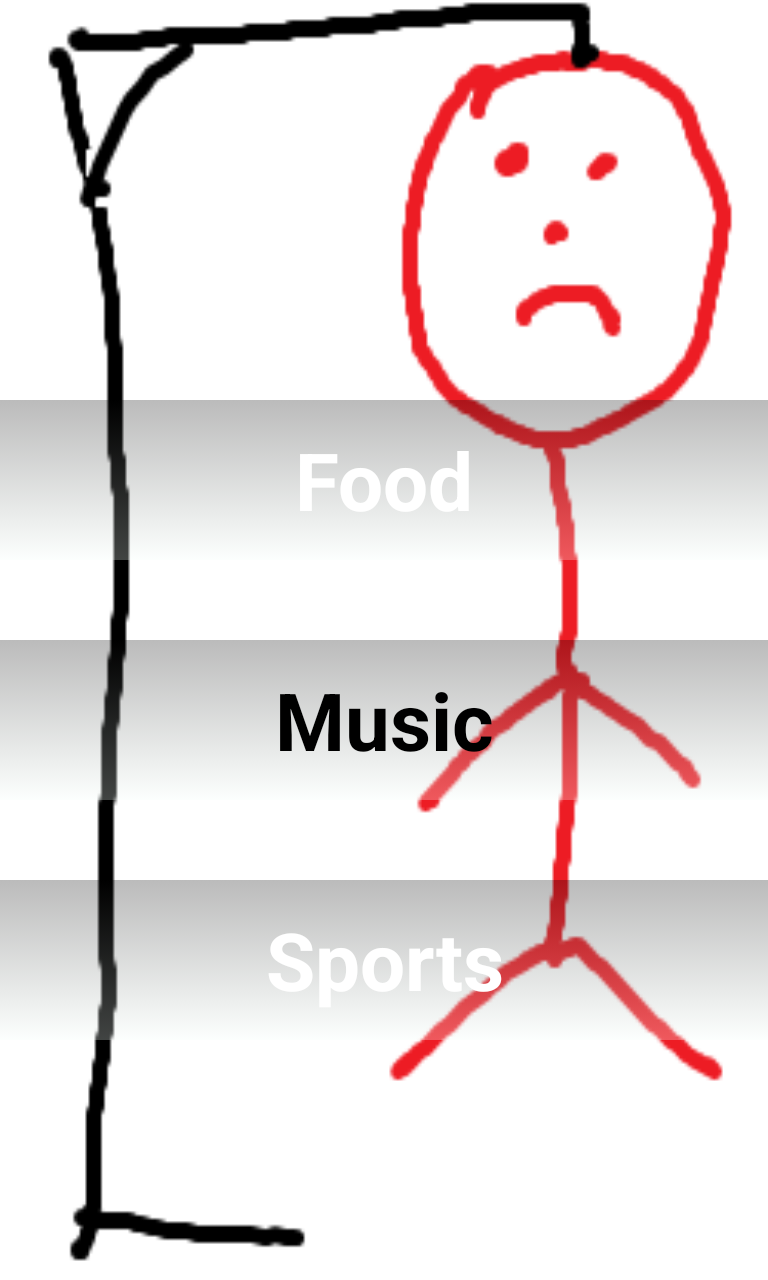
Repository: SarahDowlath/TriniHangman
Layout: workspace3/Trini-Hangman/res/layout/category_select.xml
These files come from the project's save history. The layout is drawn as it stood at one moment and after the next save; the edit follows.
It is drawn on a 768 x 1280 px phone screen (xhdpi) without system bars, with theme AppTheme; the app's code is not run.

Above is the layout before, as saved 2014-07-07 04:42:01.

After the next save:
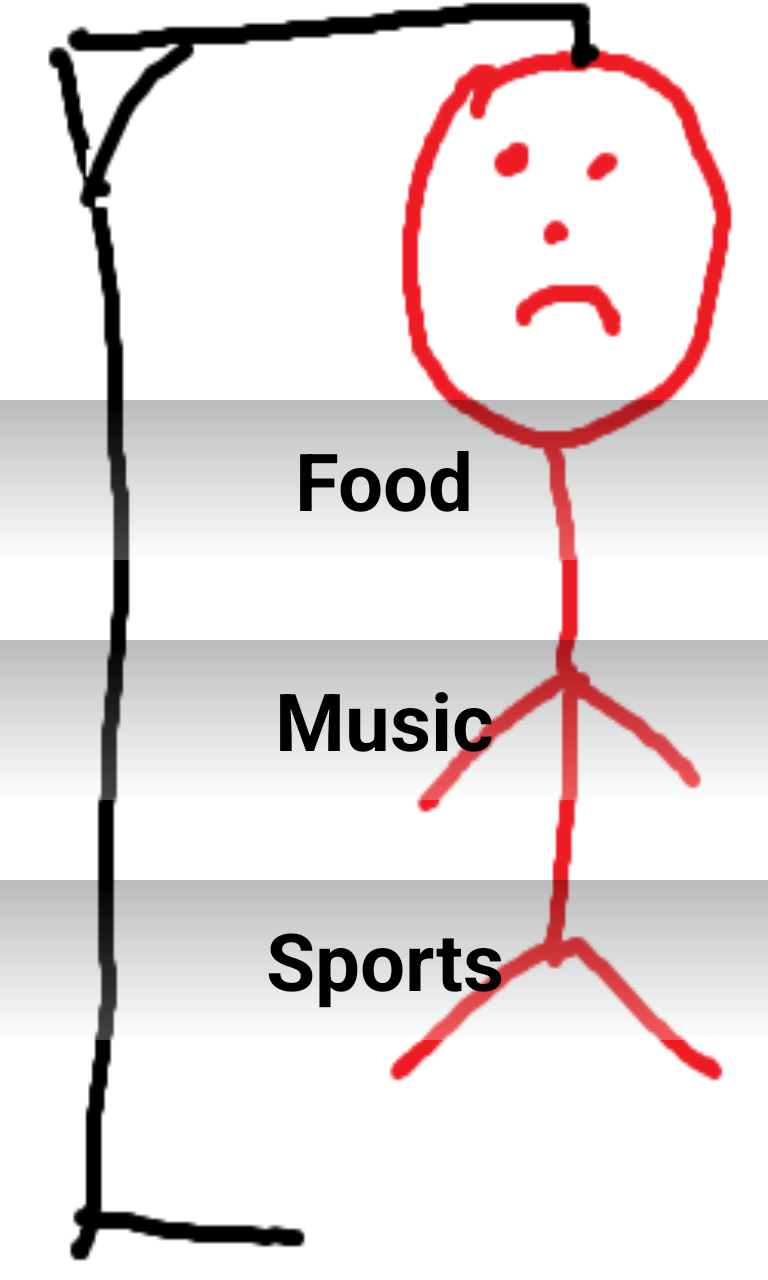
Saved 18 s later.
--- a/workspace3/Trini-Hangman/res/layout/category_select.xml
+++ b/workspace3/Trini-Hangman/res/layout/category_select.xml
@@ -18,7 +18,7 @@
         android:onClick="selectFood"
         android:text="@string/button_food_category"
         android:background="@drawable/buttonstartstyle"
-        android:textColor = "@drawable/startcolor"
+        android:textColor = "#FF000000"
         android:textSize = "40sp"
         android:textStyle = "bold"
          />
@@ -51,7 +51,7 @@
           android:background="@drawable/buttonstartstyle"
           android:onClick="selectSports"
           android:text="@string/button_sports_category"
-          android:textColor="@drawable/startcolor"
+          android:textColor="#FF000000"
           android:textSize="40sp"
           android:textStyle="bold" />
 
